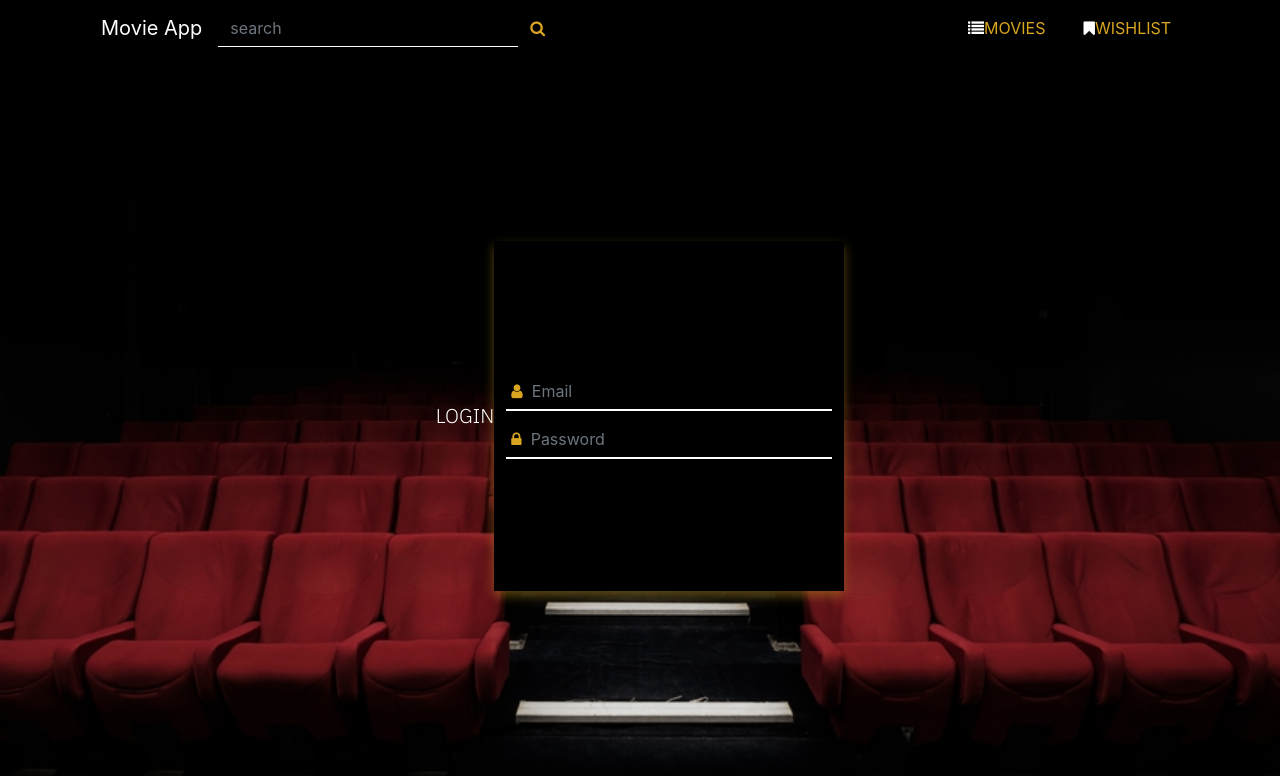
Repository: latenightsnacc/movie-db-app
Page: login.html
These files come from the project's save history. The page is drawn as it stood at one moment and after the next save; the edit follows.
The browser window is 1280 px wide. The pictures show the whole page.
The style sheet was rebuilt from its Sass, Less or Tailwind sources for each picture, by a compiler version that may differ from the author's.

Above is the page before, as saved 2020-06-17 10:31:41.
Console error (its wording comes from the project's code and is left out).

After the next save:
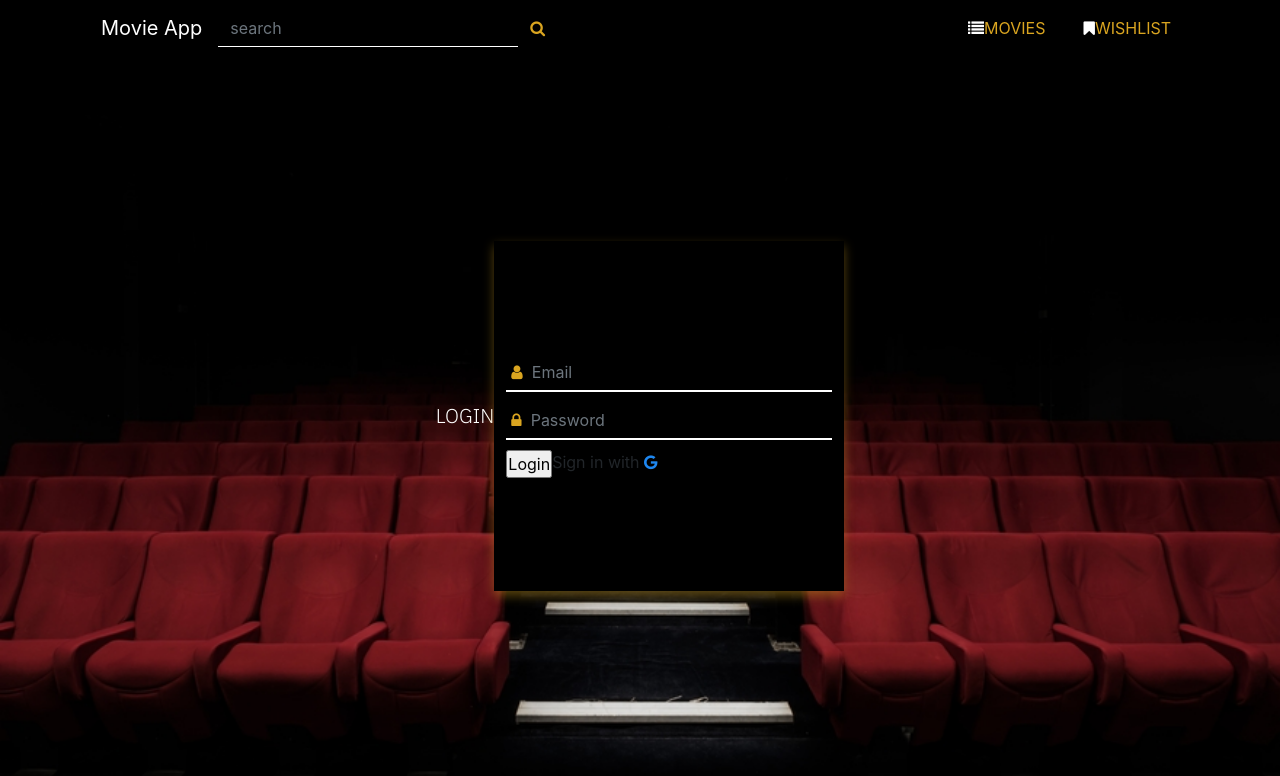
Saved 103 s later.
--- a/login.html
+++ b/login.html
@@ -78,6 +78,10 @@
                             <input type="text" class="form-control" id="inlineFormInputGroupUsername" placeholder="Password">
                         </div>
                     </div>
+                    <div class="form-row">
+                        <input type="submit" value="Login" />
+                        <div class="login-icons">Sign in with <a href="#"><i class="fa fa-google"></i></a></div>
+                    </div>
                 </form>
             </div>
         </div>
